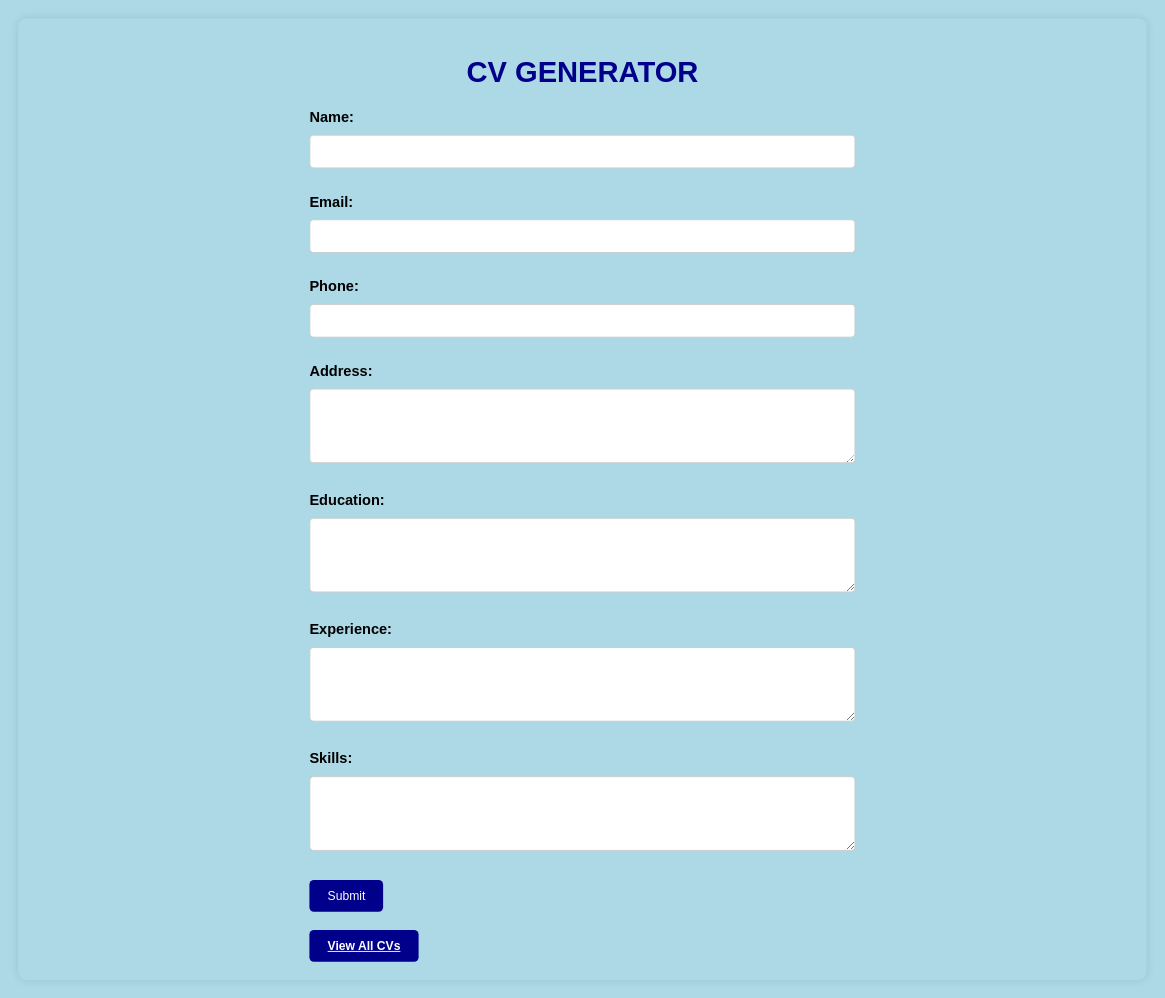
Repository: Arisha004/CV-generator
Page: index.html
An editor plug-in stored every save of this project. The page is shown before and after the next save, followed by the edit.
The browser window is 1280 px wide. The pictures show the whole page, at 91% of full size.

Above is the page before, as saved 2025-10-19 15:03:00.

After the next save:
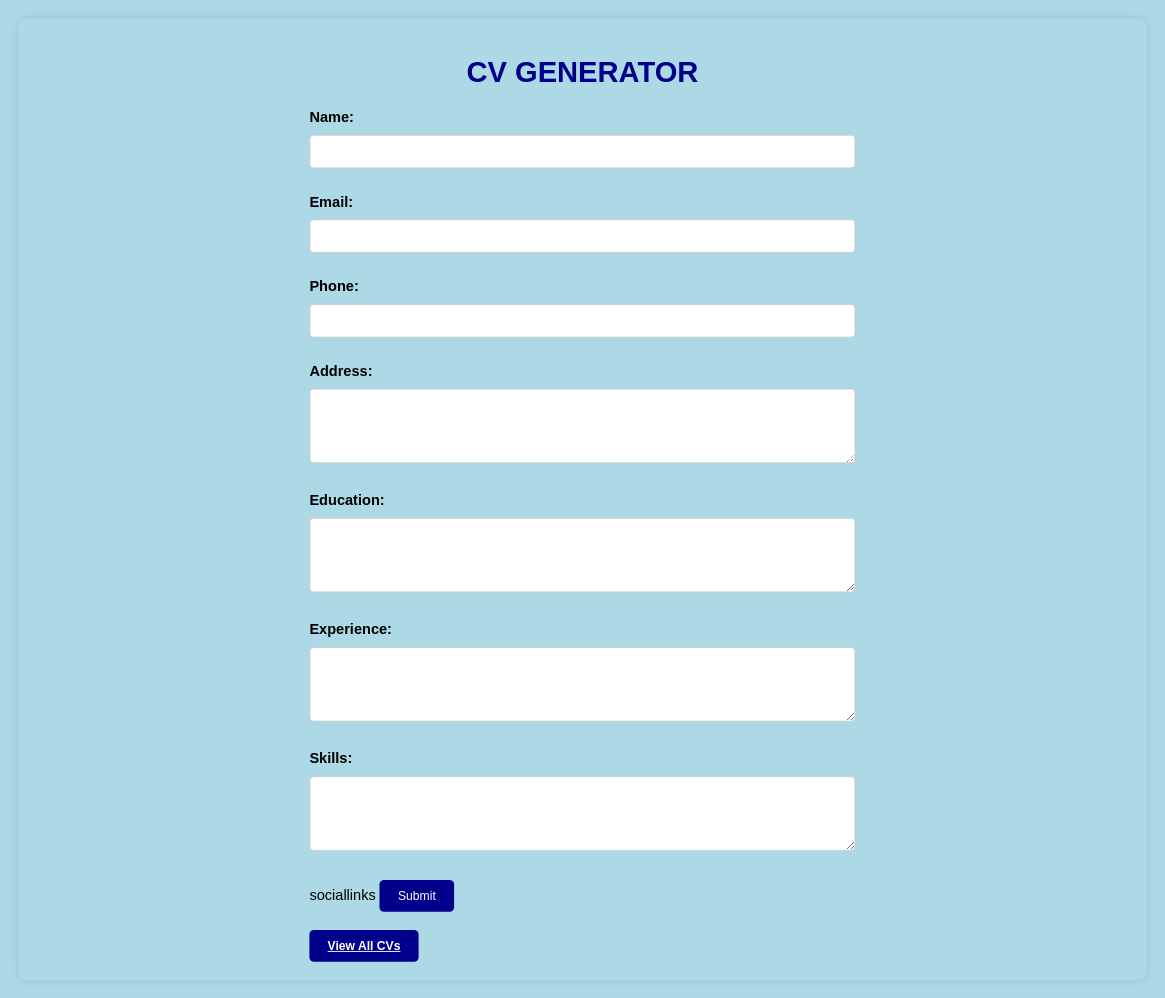
Saved 81 min 44 s later.
--- a/index.html
+++ b/index.html
@@ -27,6 +27,8 @@
 
         <label for="skills">Skills:</label><br>
         <textarea id="skills" name="skills" rows="4" cols="50" required></textarea><br><br>
+        sociallinks
+
 
         <button type="submit" value="submit"> Submit </button>
     </form>
